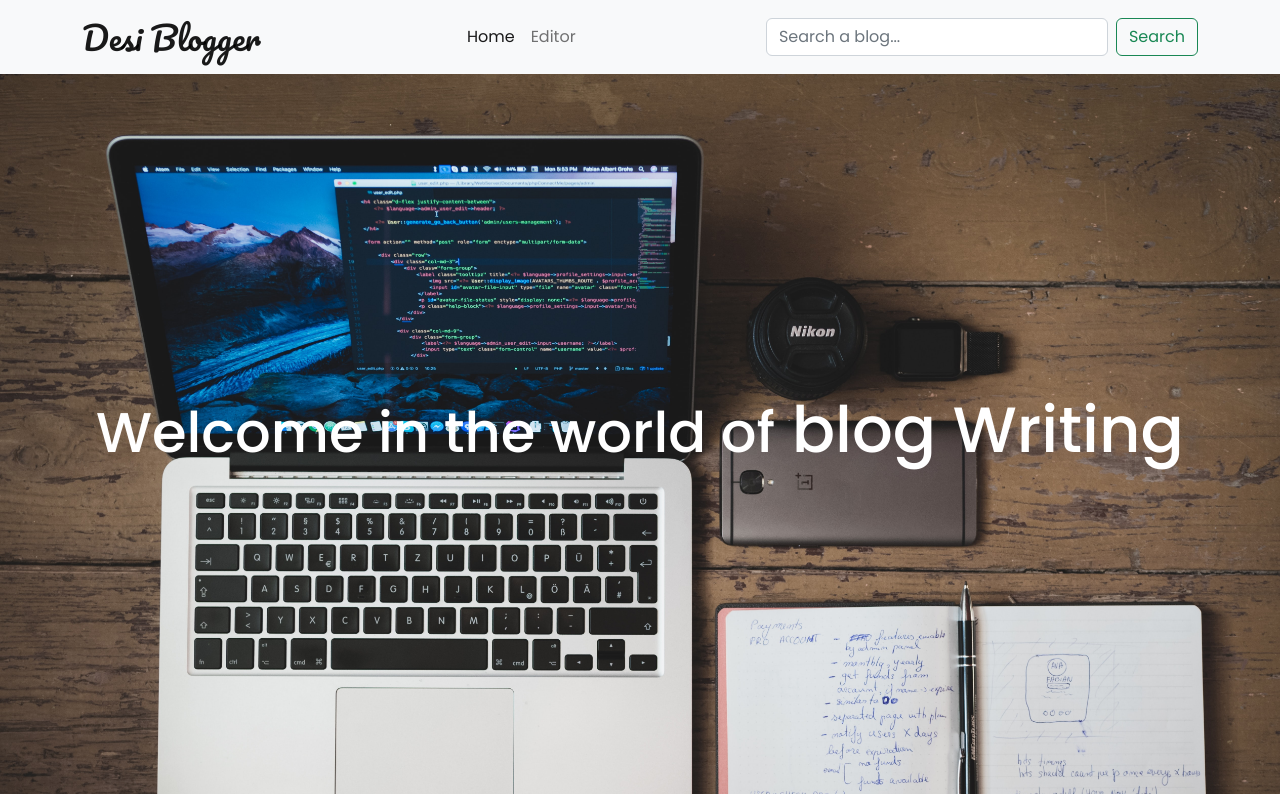
Repository: badhon252/Desi_Blogger
Page: public/home.html
These files come from the project's save history. The page is drawn as it stood at one moment and after the next save; the edit follows.
The browser window is 1280 px wide. The pictures show the whole page.

Above is the page before, as saved 2022-11-15 19:56:09.

### public/home.html
<!DOCTYPE html>
<html lang="en">

<head>
    <meta charset="UTF-8">
    <meta http-equiv="X-UA-Compatible" content="IE=edge">
    <meta name="viewport" content="width=device-width, initial-scale=1.0">

    <!-- favicon  -->
    <link rel="icon" sizes="180x180" href="./img/favicon_io/android-chrome-192x192.png">

    <!-- bs-5 link -->
    <link rel="stylesheet" href="https://cdn.jsdelivr.net/npm/bootstrap@5.2.2/dist/css/bootstrap.min.css">
    <!-- custom css  -->
    <link rel="stylesheet" href="css/home.css">
    <!-- fonts  -->
    <link rel="preconnect" href="https://fonts.googleapis.com">
    <link rel="preconnect" href="https://fonts.gstatic.com" crossorigin>
    <link href="https://fonts.googleapis.com/css2?family=Poppins:wght@400;500;600;700;800;900&display=swap"
        rel="stylesheet">
    <title>Desi-Blogger</title>
</head>

<body>
    <header id="header">
        <nav class="navbar navbar-expand-lg bg-light">
            <div class="container">
                <a class="navbar-brand" href="#">Desi Blogger</a>
                <button class="navbar-toggler" type="button" data-bs-toggle="collapse"
                    data-bs-target="#navbarSupportedContent" aria-controls="navbarSupportedContent"
                    aria-expanded="false" aria-label="Toggle navigation">
                    <span class="navbar-toggler-icon"></span>
                </button>
                <div class="collapse navbar-collapse" id="navbarSupportedContent">
                    <ul class="navbar-nav m-auto mb-2 mb-lg-0">
                        <li class="nav-item">
                            <a class="nav-link active" href="#">Home</a>
                        </li>
                        <li class="nav-item">
                            <a class="nav-link" href="#">Editor</a>
                        </li>

                    </ul>
                    <form class="d-flex" role="search">
                        <input class="form-control me-2" type="search" placeholder="Search a blog..."
                            aria-label="Search">
                        <button class="btn btn-outline-success" type="submit">Search</button>
                    </form>
                </div>
            </div>
        </nav>
        <section class="content">
            <h1>
                <span class="small">
                    Welcome in the world of</span>
                blog
                <span>Writing</span>
            </h1>


        </section>
    </header>

    <script src="https://cdn.jsdelivr.net/npm/bootstrap@5.2.2/dist/js/bootstrap.bundle.min.js"></script>
</body>

</html>

### public/css/home.css
@import url("https://fonts.googleapis.com/css2?family=Pacifico&display=swap");
* {
  margin: 0;
  padding: 0;
  box-sizing: border-box;
}

body {
  font-family: "Poppins", sans-serif;
  background-image: repeating-linear-gradient(
      45deg,
      rgb(255, 255, 255) 0px,
      rgb(255, 255, 255) 10px,
      transparent 10px,
      transparent 11px
    ),
    repeating-linear-gradient(
      135deg,
      rgb(255, 255, 255) 0px,
      rgb(255, 255, 255) 10px,
      transparent 10px,
      transparent 11px
    ),
    linear-gradient(90deg, rgba(213, 211, 217, 0.33), rgba(213, 211, 217, 0.33));
  position: relative;
}
::selection {
  background: #1b1b1b;
  color: #fff;
}

.navbar-brand {
  font-family: "Pacifico", cursive;
  font-size: 2rem;
}

.content {
  width: 100%;
  height: calc(100vh);
  background-image: url(../img/altumcode-XMFZqrGyV-Q-unsplash.jpg);
  background-size: cover;
  display: flex;
  justify-content: center;
  align-items: center;
}

.content h1 {
  font-size: 4rem;
  color: #fff;
  text-align: center;
}

After the next save:
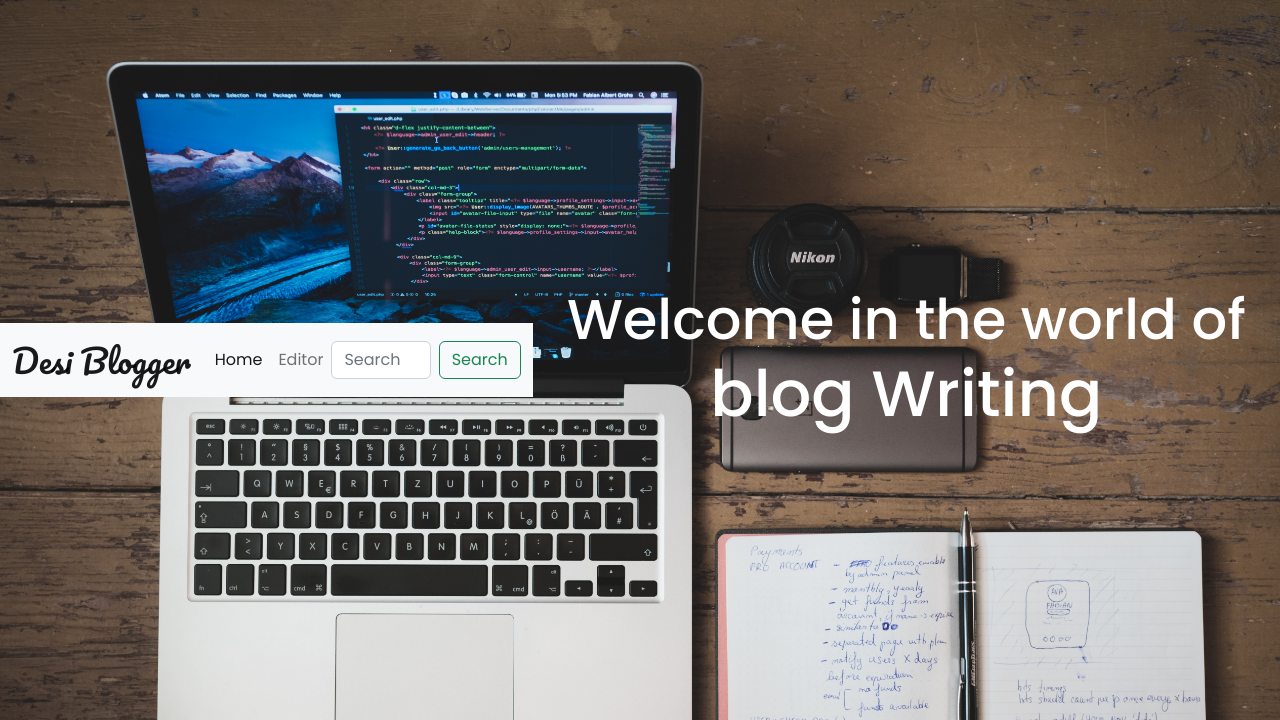
Saved 8 min 38 s later.
--- a/public/css/home.css
+++ b/public/css/home.css
@@ -34,7 +34,7 @@
   font-size: 2rem;
 }
 
-.content {
+#header {
   width: 100%;
   height: calc(100vh);
   background-image: url(../img/altumcode-XMFZqrGyV-Q-unsplash.jpg);

After the 2 saves that followed:
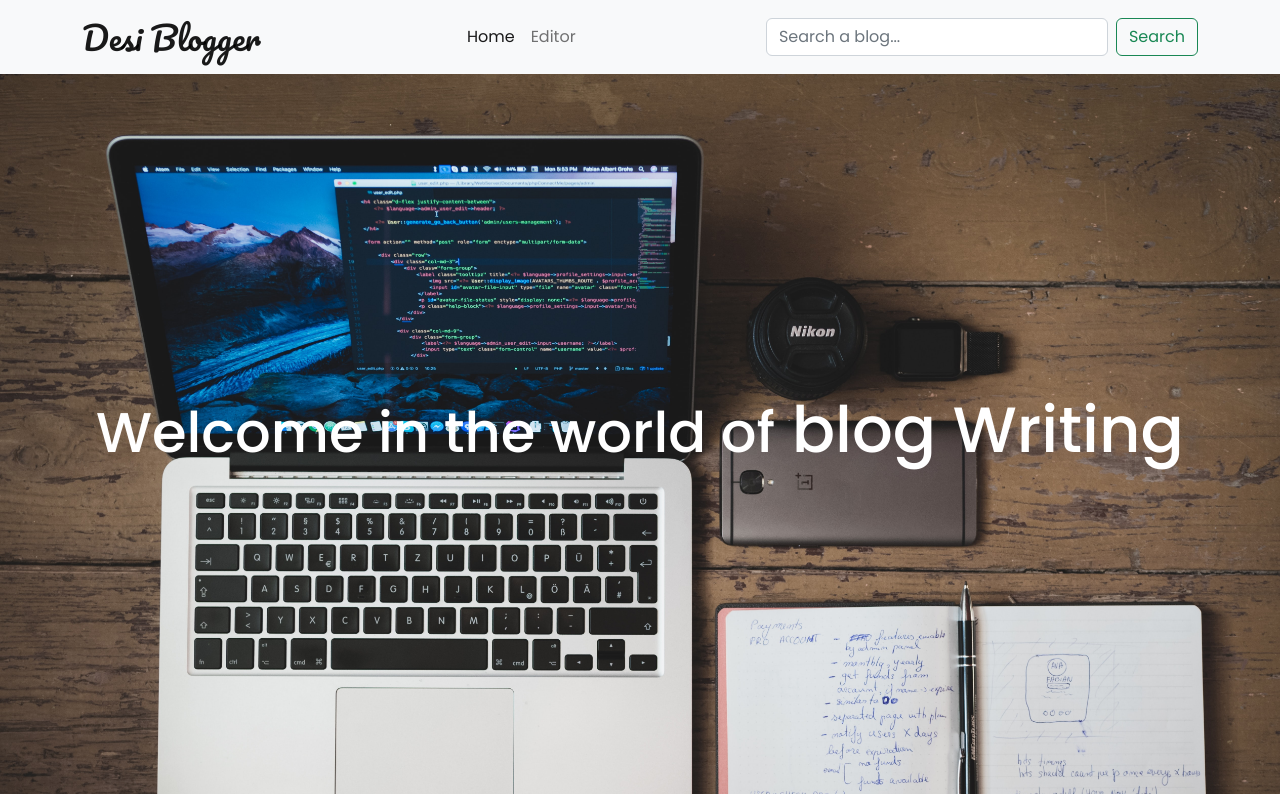
The 2 saves are shown as one change because they came seconds apart.
The last was saved 8 s later.
--- a/public/css/home.css
+++ b/public/css/home.css
@@ -34,7 +34,7 @@
   font-size: 2rem;
 }
 
-#header {
+.content {
   width: 100%;
   height: calc(100vh);
   background-image: url(../img/altumcode-XMFZqrGyV-Q-unsplash.jpg);
